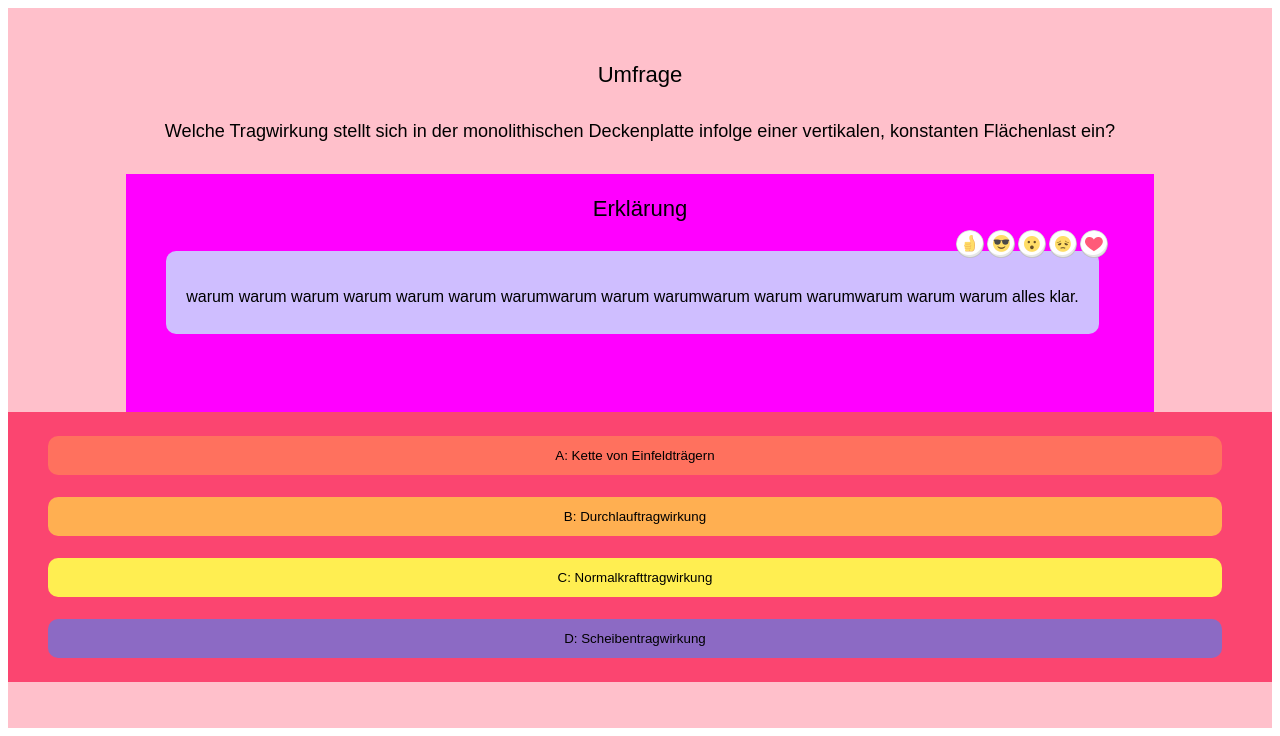
Repository: HyunraDate/Quinlan
Page: /Erklaerung
These files come from the project's save history. The page is drawn as it stood at one moment and after the next save; the edit follows.
The browser window is 1280 px wide. The pictures show the whole page.
The project was rebuilt for these pictures with package versions that can differ from the ones it lists, and the page was loaded fresh each time. Also part of the build but not shown: vite.config.js, src/views/Ergebnis1.vue, src/views/Ergebnis2.vue.

Above is the page before, as saved 2023-07-25 15:16:07.

### index.html
<!DOCTYPE html>
<html lang="en">
  <head>
    <meta charset="UTF-8" />
    <link rel="icon" type="image/svg+xml" href="/vite.svg" />
    <meta name="viewport" content="width=device-width, initial-scale=1.0" />
    <title>Vite + Vue</title>
  </head>
  <body>
    <div id="app"></div>
    <script type="module" src="/src/main.js"></script>
    <script
    src="https://cdnjs.cloudflare.com/ajax/libs/echarts/5.4.1/echarts.min.js"
    integrity="sha512-OTbGFYPLe3jhy4bUwbB8nls0TFgz10kn0TLkmyA+l3FyivDs31zsXCjOis7YGDtE2Jsy0+fzW+3/OVoPVujPmQ=="
    crossorigin="anonymous"
    referrerpolicy="no-referrer">
    </script>

  </body>
</html>

### src/main.js
import { createApp } from 'vue'
// import './style.css'
import './utils/rem'
import App from './views/FragePage.vue'
import router from './router'
import * as echarts from 'echarts/core'

const app=createApp(App)//用const = 去挂载
app.use(router) //要先use哦
app.provide("ec", echarts);

// app.config.globalProperties.$axios = axios.create({
//     baseURL: 'http://localhost:8000', // 设置axios的基本URL
//     headers: {
//     // 设置axios请求的头部信息
//     }
// });

//createApp(app).mount('#app')
app.mount('#app')

### src/utils/rem.js
//rem等比适配配置文件
// 基准大小
const baseSize = 16
// 设置 rem 函数
function setRem () {
        // 当前页面宽度相对于 1920宽的缩放比例，可根据自己需要修改。
    const scale = document.documentElement.clientWidth / 1920
    // 设置页面根节点字体大小（“Math.min(scale, 2)” 指最高放大比例为2，可根据实际业务需求调整）
    document.documentElement.style.fontSize = baseSize * Math.min(scale, 2) + 'px'
    // 初始化
    setRem()
    // 改变窗口大小时重新设置
    rem.window.onresize = function () { setRem() }
}

### src/views/FragePage.vue
<!-- <template>
    <div>
    <div class="flex-col page">
        <div class="flex-col items-center">
          span class="font_1">Umfrage</span>
      <br/>

      <body onload="run()">
        wird in <span id="spanId" style="color:#FE9637">60</span>Sekunden springen!
      </body>
    </div>
</template> -->
<script>
// import { useStore } from '@store/index'
// //先引入useRouter
// import { useRouter } from 'vue-router'

// export default {
//   const store = useStore()
//   const router = useRouter()
//   //通过定义一个方法，使用Router进行跳转
//   const test =()=>
//   router.push()
// }

// import { useRouter , useRoute } from 'vue-router'

// setup(){
//     const $router=useRouter()
//     const $route=useRoute()

//     // 对象 $router.push()可以向history对象添加新记录
//     $router.push({ path: 'Ergebnis1' })
// }


// return {
//   store,
//   //这里暴露test方法
//   test
// }
// 页面一加载完成，该方法就会执行
// 读秒，一秒钟数字改变一次

// export default { 唔可以系setup度用
//   methods: {
//     scrollTo(target) {
//       const element = this.$refs[target];
//       element.scrollIntoView({ behavior: 'smooth' });
//     }
//   }
// }

var x = 60;
var select = "Step3.html";

function run(){
  // 获取到的是span标签的对象
  var span = document.getElementById("spanId");
  // 获取span标签中间的文本
  span.innerHTML = x;
  x--;
  // 再让run方法执行呢，一秒钟执行一次
  if(x < 0)window.location = select;
  else window.setTimeout("run()", 1000);

};

function test(click){
  select = click;
}

export default {
  data() {
    return {
      isDisabled: false,
      showButton: true,
    };
  },
  //Falls du die Btns nicht zeigen möchtest
  // beforeRouteEnter(to, from, next) {
  //   next(vm => {
  //     vm.showButton = false
  //   })
  // },
  // mounted() {
  //   // 在页面加载时显示按钮
  //   this.showButton = true;
  // },
  // beforeDestroy() {
  //   // 在页面销毁之前隐藏按钮
  //   this.showButton = false;
  // },

  methods:{
    option1:function(){
      console.log(this.$router);
      // this.$router.plus('/') 这里跳转不了欸
      //this.$router.push({path:"/"}) //传入对象 但也跳转不了欸 push!唔系plus啊死蠢！
      //this.showButton = false;

      //带参数
      this.$router.push({path:'/Ergebnis1'}) //成功跳转了！！okok!!
      //this.$router.push({name:"almond",params:{id:Chocolat}}) //传参 这里传不到欸 // 试一下传right
      },

      option2:function(){
        console.log(this.$router);
        //this.showButton = false; //hier zeigt die Button nicht mehr, wie du möchtest

        //带参数
        this.$router.push({path:'/Ergebnis2'}) //成功跳转了！！okok!!
        //如果要动态传参

        //this.$router.push({name:"Ergebnis2",params:{id:A}}) //传参 这里传不到欸 // 试一下传worong
      },

      onClick() {
        // 在点击事件监听器中禁用按钮
        this.isDisabled = true;
        // 在每个按钮上使用 v-bind:disabled 指令，将其值绑定为 isDisabled，
        //当 isDisabled 为 true 时，按钮将被禁用。
        console.log("Button clicked")
      },
  },


}
</script>

<template>
<body >
<div>
  <!-- <div class="flex-col page"> </div>  太占位啦！-->
    <div class="flex flex-col items-center">
    <br/><br/><br/>
    <span class="font_1">Umfrage</span>
    <!--style="{
      margin: 0;
      font-size: 1.38rem;
      font-family: Inter;
      line-height: 1.63rem;
      color: #000000;
      font-family: 'Work Sans', sans-serif;
      text-align: center;
      }"-->
    <!-- <br/><br/> -->
    <span class="text">
    Welche Tragwirkung stellt sich in der monolithischen Deckenplatte infolge einer vertikalen, konstanten
    Flächenlast ein?
    </span>
  <router-view/>

<!-- onload="run()" 这里加载不了 这个onload function欸-->
<!-- wird in <span id="spanId" style="color:#FE9637">60</span>Sekunden springen! -->
</div>



<!-- 要页面跳转了
1、 router-link: <router-link to='/testDemo'>
                <button>点击跳转2</button>
                </router-link>

2、 this.$router.push('/a')
3、 get params ->  console.log(this.$route.params.a); -->
<div class="flex-col group space-y-22">

  <!-- <router-link to="Ergebnis2"><button class="flex-col justify-start items-center text-wrapper " type="submit">A: Kette von Einfeldträgern</button></router-link> -->
  <!-- <button class="flex-col justify-start items-center text-wrapper " type="submit" a href="Step3.html">A: Kette von Einfeldträgern</button> -->


  <!-- <router-link to="Ergebnis1"><button class="flex-col justify-start items-center text-wrapper_2 " type="submit">B: Durchlauftragwirkung</button></router-link> -->

  <!-- <router-link to="Ergebnis2"><button class="flex-col justify-start items-center text-wrapper_3" type="button">C: Normalkrafttragwirkung</button>
  </router-link> -->
<button v-on:click="onClick" :disabled="isDisabled" v-if="showButton" id ="A" class="flex-col justify-start items-center text-wrapper " type="submit" @click="option2">A: Kette von Einfeldträgern</button>

<button v-on:click="onClick" :disabled="isDisabled" v-if="showButton" id ="B" class="flex-col justify-start items-center text-wrapper_2" type="button" @click="option1">B: Durchlauftragwirkung</button>

<button v-on:click="onClick" :disabled="isDisabled" v-if="showButton" id ="C" class="flex-col justify-start items-center text-wrapper_3" type="button" @click="option2">C: Normalkrafttragwirkung</button>

<button v-on:click="onClick" :disabled="isDisabled" v-if="showButton" id ="D" class="flex-col justify-start items-center text-wrapper_4" type="button" @click="option2">D: Scheibentragwirkung</button>
</div>
</div>

</body>
</template>

<style scoped>
@import url("../css/halloween.css"); /*src = . */
/* .font_1{ /* didnt work
  position: center;
  } */

/*
使用深度选择器来写使样式生效。
有两种写法：

.a >>> .b {}
.a /deep/ .b
当你子组件使用了 scoped 但在父组件又想修改子组件的样式可以 通过 >>> 来实现：

<style scoped>
.a >>> .b { /* ...


将会编译成
.a[data-v-f3f3eg9] .b {
  /* ... */

</style>

### src/router/index.js
import {
    createRouter,
    createWebHashHistory,
    createWebHistory
  } from 'vue-router'

  // 1. 定义路由组件.
  // 也可以从其他文件导入

  // import Home from '../views/Home.vue'
  // import App from './App.vue' 原App好像不需要引入？
  import FragePage from '../views/FragePage.vue'
  import Ergebnis1 from '../views/Ergebnis1.vue' //1=true
  import Ergebnis2 from '../views/Ergebnis2.vue' //2=falsh
  import Erklaerung  from '../views/Erklaerung.vue'

  //import Step3 from '../views/Step3.html'


  //路由懒加载，用到时再加载（咪时好大，load又耐）
  // const About=()=>import('../views/About.vue') //然后Home放在下面path component后面就行啦
  //我加载不到惹

  // 2. 定义一些路由
  // 每个路由都需要映射到一个组件。
  // 我们后面再讨论嵌套路由。(hier写路由表)
  const routes = [

    /*{
      path:"/.id",
      redirect:(to)=>{
        console.log(to);
        return{path:"/.home"}
      } //都跳转不了欸 No match found for location with path "/home"
    },
    */

    /*{
      path: '/about',
      redirect: (to)=> {
        return {
          path: '/'
        }
      }
    },*/

    // { //这个Home的Hey已经能加载出来了欸
    //   path: '/',
    //   name:"home",
    //   component: Home
    // },

    {
        path: '/FragePage',
        component: FragePage
    },



  //   { path: '/about',
  //   component: About },

  //   { path: '/OptionA/:id', //路径参数 用冒号 : 表示。当一个路由被匹配时，它的 params 的值将在每个组件中以 this.$route.params 的形式暴露出来。
  //   component: OptionA },

    {
      path: "/Ergebnis1", //Ergebnis也成功挂载到了！
      component: Ergebnis1
    },
    {
      path: "/Ergebnis2", //Ergebnis也成功挂载到了！
      component: Ergebnis2
    },


    //Set动态路由 因为选项ABCD

    //     path: "/Sweet/:id*", //this is 动态参数啦 d.h 动态路由啦， i dont care what id u r ~
    //     //参数可有可无，但参数不能重复叠加
    //     //path:"/sweet/id?",
    //     component: Sweet
    //   },
    // {
    //   path: "/Step3", //这里要双引号哦
    //   component: Step3
    // },

    {
      path: "/Erklaerung", //这里要双引号哦
      component: Erklaerung
    },

    //   {
    //     path: "/Piggie",
    //     alias: ['/Airi','/Kazeo'], //你嘅nickname, two or more就用数组, 直接系导航栏输入path就得啦
    //     component: Piggie //为什么Piggie的子页面跳转不出来？而是home ->重新打Piggie的内容刷新就得啦！
    //   },

    //   {
    //     name: "almond", //路由名就叫sweet
    //     path: "/Sweet/:id*", //this is 动态参数啦 d.h 动态路由啦， i dont care what id u r ~
    //     //参数可有可无，但参数不能重复叠加
    //     //path:"/sweet/id?",
    //     component: Sweet
    //   },

    //   {
    //     //动态路由 参数一定是数字
    //     path: "/alcohol/:id",
    //     component: Alcohol,
    //     props:true
    //   },
  ]

  // 3. 创建路由实例并传递 `routes` 配置
  // 你可以在这里输入更多的配置，但我们在这里
  // 暂时保持简单
  const router = createRouter({
    // 4. 内部提供了 history 模式的实现。为了简单起见，我们在这里使用 hash 模式。 (Hash有#)
    //**hash不会向服务器发送请求！ */
    //history: createWebHashHistory(),

    //为了漂亮就用History模式，这样路径里就没有#号啦
    history: createWebHistory(),
    routes, // `routes: routes` 的缩写
  })

  //This is 全局守卫 （全球守卫）
  router.beforeEach((to, form, next) => {
    console.log(to);
    console.log(form);
    next()//like通行证
  })


  export default router

### src/css/halloween.css
/* 语法 @media mediaType and|not|only (media feature) {
  /*CSS-Code;*/
  /* 3、css中的vh和vm
  vh和vm是相对视口区域的宽高，即浏览器可视区域

  vw：1vw等于视口宽度的1%。
  vh：1vh等于视口高度的1%。

  使用场景：页面头部和尾部固定，中间内容若高度超出，则出现滚动条，但是整个页面不出现滚动条，
  在此情况下就要计算中间内容的高度，可以使用vh解决 */

  /* :root { why didnt work??
  font-family: 'Work Sans', sans-serif;
  line-height: 1.5;
  font-weight: 400;

  color-scheme: light dark;
  color: rgba(255, 255, 255, 0.87);
  background-color: #242424;

  font-synthesis: none;
  text-rendering: optimizeLegibility;
  -webkit-font-smoothing: antialiased;
  -moz-osx-font-smoothing: grayscale;
  -webkit-text-size-adjust: 100%;
  } */

  /* // 最大宽度为1280 （width-max: 1280）*/
@media (width: 100vw) {
  html {
    font-size: 1.88rem;
    font-weight: 500;
    font-family: 'Work Sans', sans-serif;
  }

  body {
    background: pink;
    height:100vh;
    margin: 0;
    -webkit-font-smoothing: antialiased;
    -moz-osx-font-smoothing: grayscale;

  }

  body * {
    box-sizing: border-box;
    flex-shrink: 0;
  }

  button {
    border-width: 0px;
    border-radius: 0.63rem;
  }
  button:hover{
    border:2px solid #FE9637;
    box-shadow:rgba(251, 161, 72, 0.66) 0 0 5px;
    transition:all .2s;
  }
  .flex-row {
    display: flex;
    flex-direction: row;
  }

  .flex-col {
    display: flex;
    flex-direction: column;
  }

  .justify-start {
    justify-content: flex-start;
  }

  .justify-end {
    justify-content: flex-end;
  }

  .justify-center {
    justify-content: center;
  }

  .justify-between {
    justify-content: space-between;
  }

  .justify-around {
    justify-content: space-around;
  }

  .justify-evenly {
    justify-content: space-evenly;
  }

  .items-start {
    align-items: flex-start;
  }

  .items-end {
    align-items: flex-end;
  }

  .items-center {
    align-items: center;
  }

  .items-baseline {
    align-items: baseline;
  }

  .items-stretch {
    align-items: stretch;
  }

  .self-start {
    align-self: flex-start;
  }

  .self-end {
    align-self: flex-end;
  }

  .self-center {
    align-self: center;
  }

  .self-baseline {
    align-self: baseline;
  }

  .self-stretch {
    align-self: stretch;
  }

  .flex-1 {
    flex: 1 1 0%;
  }

  .flex-auto {
    flex: 1 1 auto;
  }

  .grow {
    flex-grow: 1;
  }

  .grow-0 {
    flex-grow: 0;
  }

  .shrink {
    flex-shrink: 1;
  }

  .shrink-0 {
    flex-shrink: 0;
  }

  .relative {
    position: relative;
  }

  .font_1 {
    font-size: 1.38rem;
    font-family: Inter;
    line-height: 1.63rem;
    color: #000000;
    font-family: 'Work Sans', sans-serif;
    text-align: center;
  }

  .text {
    margin: 2rem;
    color: #000000;
    font-size: 1.13rem;
    font-family: Inter;
    line-height: 1.38rem;
    text-align: center;
    font-family: 'Work Sans', sans-serif;
  }
  /* .group {
    margin-top: 2rem;
    padding: 0 1.88rem;
  } */
  /* .space-y-22 > *:not(:first-child) {
    margin-top: 1.38rem;
  } */
  .text-wrapper {
    margin-right: 0.63rem;
    padding: 0.75rem 0;
    background-color: #FF715E;
  }
  .font_2 {
    font-size: 1rem;
    font-family: Inter;
    line-height: 0.97rem;
    color: #000000;
    font-family: 'Work Sans', sans-serif;
  }
  .text-wrapper_2 {
    margin-right: 0.63rem;
    padding: 0.75rem 0;
    background-color: #ffaf51;
    outline: none;
  }
  .text-wrapper_3 {
    margin-right: 0.63rem;
    padding: 0.75rem 0;
    background-color: #FFEE51;
  }
  .text-wrapper_4 {
    margin-right: 0.63rem;
    padding: 0.75rem 0;
    background-color: #8C6AC4;
  }
}
.group {
  padding-top: 1.5rem ;
  padding-bottom: 1.5rem ;
  padding-left: 2.5rem;
  padding-right: 2.5rem;
  background-color: #FB4570;
}

/* inportant! space between every Options! */
.space-y-22 > *:not(:first-child) {
  margin-top: 1.38rem;
}

### src/views/Erklaerung.vue
<template>
    <html lang="en">
  <!-- <head>
    <meta charset="UTF-8" />
    <meta http-equiv="X-UA-Compatible" content="IE=edge" />
    <meta name="viewport" content="width=device-width, initial-scale=1.0" />
    <title>codefun</title>
    <link rel="stylesheet" href="./Step4.css" />
    <script type="text/javascript" src="./Step4.js"></script>
  </head> -->
  <body>
    <div class="flex-col page space-y-10">
      <span class="self-center text">Erklärung</span>
      <div class="flex-col justify-start relative group">
        <div class="flex-col justify-start items-start text-wrapper">
          <span class="text_2">
            warum warum warum warum warum warum warumwarum warum warumwarum warum warumwarum warum warum alles klar.
          </span>
        </div>
        <img
          class="image pos_3"
          src="../images/surprise.png"
        />
        <img
          class="image pos_2"
          src="../images/cool.png"
        />
        <img
          class="image pos"
          src="../images/like.png"
        />
        <img
          class="image pos_5"
          src="../images/heart.png"
        />
        <img
          class="image pos_4"
          src="../images/sad.png"
        />
      </div>
      <!--<img
        class="self-end image_2"
        src="https://codefun-proj-user-res-1256085488.cos.ap-guangzhou.myqcloud.com/63986c125a7e3f0310fdabbc/63986c59717ee30011312a06/16709407860648366536.png"
      /> -->
    </div>
  </body>
</html>
</template>

<style scoped>
@import url("../css/Step4.css");
</style>

### src/css/Step4.css
html {
    font-size: 16px;
  }

  body {
    margin: 0;
    font-family: 'Work Sans', sans-serif;
    -webkit-font-smoothing: antialiased;
    -moz-osx-font-smoothing: grayscale;
    width: 100vw;
    height: 100vh;
  }

  body * {
    box-sizing: border-box;
    flex-shrink: 0;
  }

  /* .flex-row {
    display: flex;
    flex-direction: row;
  } */

  .flex-col {
    display: flex;
    flex-direction: column;
  }

  .justify-start {
    justify-content: flex-start;
  }

  .justify-end {
    justify-content: flex-end;
  }

  .justify-center {
    justify-content: center;
  }

  .justify-between {
    justify-content: space-between;
  }

  .justify-around {
    justify-content: space-around;
  }

  .justify-evenly {
    justify-content: space-evenly;
  }

  .items-start {
    align-items: flex-start;
  }

  .items-end {
    align-items: flex-end;
  }

  .items-center {
    align-items: center;
  }

  .items-baseline {
    align-items: baseline;
  }

  .items-stretch {
    align-items: stretch;
  }

  .self-start {
    align-self: flex-start;
  }

  .self-end {
    align-self: flex-end;
  }

  .self-center {
    align-self: center;
  }

  .self-baseline {
    align-self: baseline;
  }

  .self-stretch {
    align-self: stretch;
  }

  .flex-1 {
    flex: 1 1 0%;
  }

  .flex-auto {
    flex: 1 1 auto;
  }

  .grow {
    flex-grow: 1;
  }

  .grow-0 {
    flex-grow: 0;
  }

  .shrink {
    flex-shrink: 1;
  }

  .shrink-0 {
    flex-shrink: 0;
  }

  .relative {
    position: relative;
  }

  .page {
    padding-top: 1.5rem ;
    padding-bottom: 1.5rem ;
    padding-left: 2.5rem;
    padding-right: 2.5rem;
    background-color: #ff00ff;
  }
  .space-y-10 > *:not(:first-child) {
    margin-top: 0.63rem;
  }
  .text {
    color: #000000;
    font-size: 1.38rem;
    font-family: Inter;
    line-height: 1.34rem;
    font-family: 'Work Sans', sans-serif;
  }
  .group {
    padding-top: 1.31rem;
    height: 9.88rem;
  }
  .text-wrapper {
    margin-right: 0.94rem;
    padding: 2.25rem 0 1.75rem;
    background-color: #cfbeff;
    border-radius: 0.63rem;
  }
  .text_2 {
    margin: 0 1.25rem;
    color: #000000;
    font-size: 1rem;
    font-family: Inter;
    line-height: 1.19rem;
    font-family: 'Work Sans', sans-serif;
  }
  .image {
    width: 1.75rem;
    height: 1.75rem;
  }
  .pos_3 {
    position: absolute;
    right: 4.25rem;
    top: 0;
    border-radius: 50%;
    border:none;
    }

  .pos_3:hover{
    border:2px solid #FE9637;
    box-shadow:rgba(251, 161, 72, 0.66) 0 0 5px;
    transition:all .2s;
    }

  .pos_2 {
    position: absolute;
    right: 6.19rem;
    top: 0;
    border-radius: 50%;
    border:none;
    }

  .pos_2:hover{
    border:2px solid #FE9637;
    box-shadow:rgba(251, 161, 72, 0.66) 0 0 5px;
    transition:all .2s;
    }

  .pos {
    position: absolute;
    right: 8.13rem;
    top: 0;
    border-radius: 50%;
    border:none;
    }

  .pos:hover{
    border:2px solid #FE9637;
    box-shadow:rgba(251, 161, 72, 0.66) 0 0 5px;
    transition:all .2s;
    }

  .pos_5 {
    position: absolute;
    right: 0.38rem;
    top: 0;
    border-radius: 50%;
    border:none;
    }

  .pos_5:hover{
    border:2px solid #FE9637;
    box-shadow:rgba(251, 161, 72, 0.66) 0 0 5px;
    transition:all .2s;
    }

  .pos_4 {
    position: absolute;
    right: 2.31rem;
    top: 0;
    border-radius: 50%;
    border:none;
    }

  .pos_4:hover{
    border:2px solid #FE9637;
    box-shadow:rgba(251, 161, 72, 0.66) 0 0 5px;
    transition:all .2s;
    }

  .image_2 {
    width: 6.31rem;
    height: 2.19rem;
    margin-top: 0.63rem;
  }

After the next save:
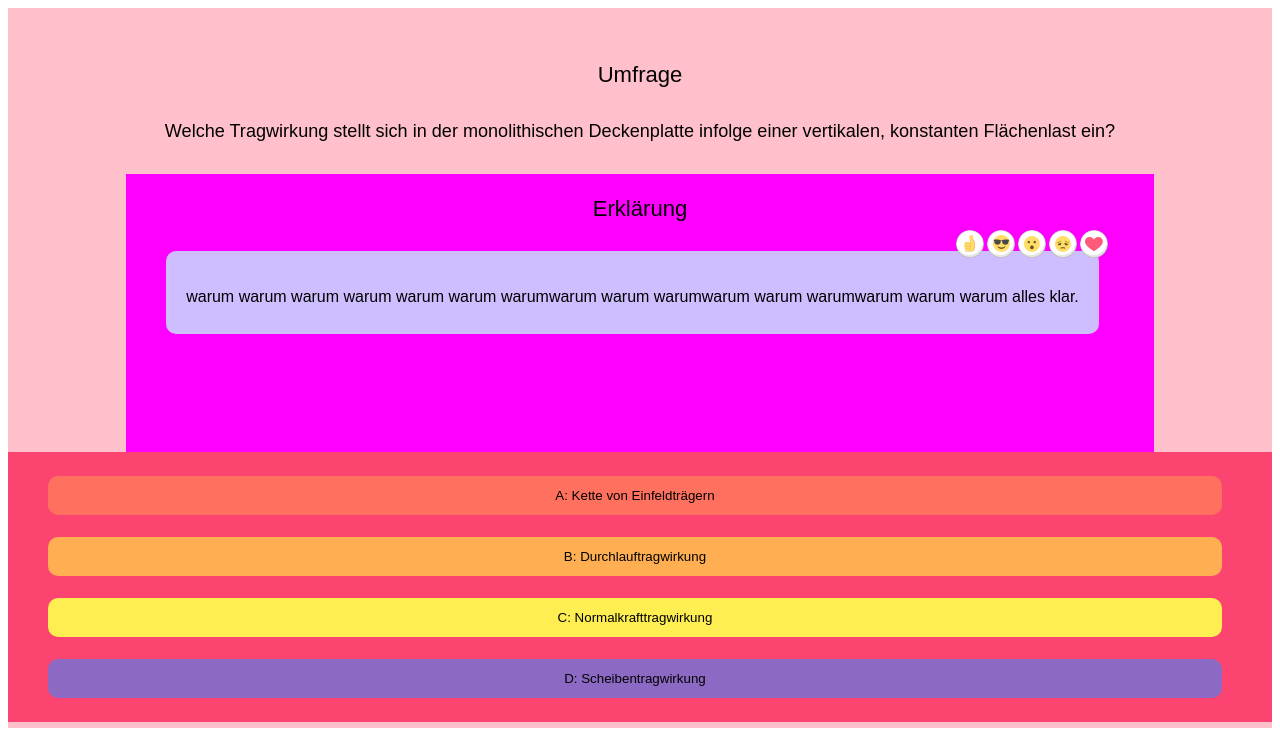
Saved 55 s later.
--- a/src/css/Step4.css
+++ b/src/css/Step4.css
@@ -120,7 +120,7 @@ html {
 
   .page {
     padding-top: 1.5rem ;
-    padding-bottom: 1.5rem ;
+    padding-bottom: 4rem ;
     padding-left: 2.5rem;
     padding-right: 2.5rem;
     background-color: #ff00ff;
